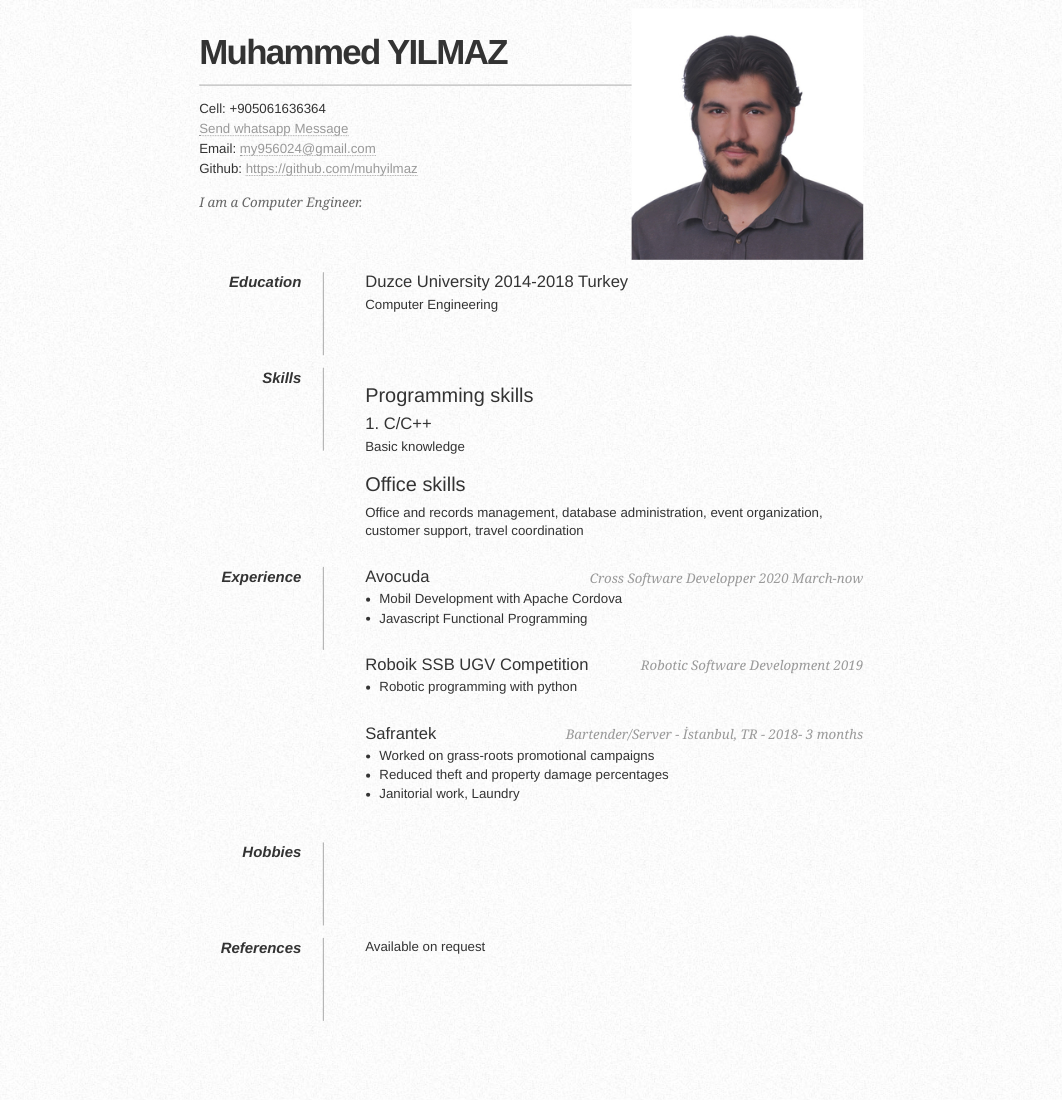
Repository: muhyilmaz/muhyilmaz.github.io
Page: index.html
An editor plug-in stored every save of this project. The page is shown before and after the next save, followed by the edit.
The browser window is 1280 px wide. The pictures show the whole page, at 83% of full size.

Above is the page before, as saved 2020-06-08 18:27:53.

### index.html
<!DOCTYPE html PUBLIC "-//W3C//DTD XHTML 1.0 Strict//EN"
"http://www.w3.org/TR/xhtml1/DTD/xhtml1-strict.dtd">

<html xmlns="http://www.w3.org/1999/xhtml" xml:lang="en" lang="en">

<head>

     <meta http-equiv="Content-Type" content="text/html; charset=utf-8"/>
     <meta name="viewport" content="width=device-width, initial-scale=1">
     <link rel="stylesheet" href="https://maxcdn.bootstrapcdn.com/bootstrap/3.4.1/css/bootstrap.min.css">
     <script src="https://ajax.googleapis.com/ajax/libs/jquery/3.5.1/jquery.min.js"></script>
     <script src="https://maxcdn.bootstrapcdn.com/bootstrap/3.4.1/js/bootstrap.min.js"></script>

     <title>MUHAMMED YILMAZ</title>

     <style type="text/css">
        * { margin: 0; padding: 0; }
        body { font: 16px Helvetica, Sans-Serif; line-height: 24px; background: url(images/noise.jpg); }
        .clear { clear: both; }
        #page-wrap { width: 800px; margin: 40px auto 60px; }
        #pic { float: right; margin: -30px 0 0 0; }
        h1 { margin: 0 0 16px 0; padding: 0 0 16px 0; font-size: 42px; font-weight: bold; letter-spacing: -2px; border-bottom: 1px solid #999; }
        h2 { font-size: 20px; margin: 0 0 6px 0; position: relative; }
        h2 span { position: absolute; bottom: 0; right: 0; font-style: italic; font-family: Georgia, Serif; font-size: 16px; color: #999; font-weight: normal; }
        p { margin: 0 0 16px 0; }
        a { color: #999; text-decoration: none; border-bottom: 1px dotted #999; }
        a:hover { border-bottom-style: solid; color: black; }
        ul { margin: 0 0 32px 17px; }
        #objective { width: 500px; float: left; }
        #objective p { font-family: Georgia, Serif; font-style: italic; color: #666; }
        dt { font-style: italic; font-weight: bold; font-size: 18px; text-align: right; padding: 0 26px 0 0; width: 150px; float: left; height: 100px; border-right: 1px solid #999;  }
        dd { width: 600px; float: right; }
        dd.clear { float: none; margin: 0; height: 15px; }
     </style>
</head>

<body>

    <div id="page-wrap">

        <img src="images/profileres.jpg" alt="Photo of Cthulu" id="pic" />

        <div id="contact-info" class="vcard">

            <!-- Microformats! -->

            <h1 class="fn">Muhammed YILMAZ</h1>

            <p>
                Cell: <span class="tel">+905061636364</span><br />
                <a href="https://api.whatsapp.com/send?phone=905061636364">Send whatsapp Message</a><br />
                Email: <a class="email" href="mailto:my956024@gmail.com">my956024@gmail.com</a><br />
                Github: <a href="https://github.com/muhyilmaz">https://github.com/muhyilmaz</a>
            </p>
        </div>

        <div id="objective">
            <p>
                I am a Computer Engineer.
            </p>
        </div>

        <div class="clear"></div>

        <dl>
            <dd class="clear"></dd>

            <dt>Education</dt>
            <dd>
                <h2>Duzce University 2014-2018 Turkey</h2>
                <p> Computer Engineering </br>

				</p>
            </dd>

            <dd class="clear"></dd>

            <dt>Skills</dt>
            <dd>
                <!---
				<h2>Office skills</h2>
                <p>Office and records management, database administration, event organization, customer support, travel coordination</p>

                <h2>Computer skills</h2>
                <p>Microsoft productivity software (Word, Excel, etc), Adobe Creative Suite, Windows</p>
				-->
				<h3>Programming skills</h3>
				<h2>1. C/C++</h2>
                <p>Basic knowledge </p>
                <!--
                <div class="progress">
                    <div class="progress-bar progress-bar-info" role="progressbar" aria-valuenow="60" aria-valuemin="0" aria-valuemax="100" style="width:60%">
                      60% Complete
                    </div>
                  </div>
				-->
				<h3>Office skills</h3>
                <p>Office and records management, database administration, event organization, customer support, travel coordination</p>
			</dd>

            <dd class="clear"></dd>

            <dt>Experience</dt>
            <dd>
                <h2>Avocuda <span>Cross Software Developper 2020 March-now</span></h2>
                <ul>
                    <li> Mobil Development with Apache Cordova</li>
					<li> Javascript Functional Programming</li>

                </ul>
                <h2>Roboik SSB UGV Competition <span>Robotic Software Development 2019</span></h2>
                <ul>
                    <li>Robotic programming with python</li>

                </ul>
                <h2>Safrantek <span>Bartender/Server - İstanbul, TR - 2018- 3 months</span></h2>
                <ul>
                    <li>Worked on grass-roots promotional campaigns</li>
                    <li>Reduced theft and property damage percentages</li>
                    <li>Janitorial work, Laundry</li>
                </ul>
            </dd>

            <dd class="clear"></dd>

            <dt>Hobbies</dt>
            <dd></dd>

            <dd class="clear"></dd>

            <dt>References</dt>
            <dd>Available on request</dd>

            <dd class="clear"></dd>
        </dl>

        <div class="clear"></div>

    </div>

</body>

</html>

After the next save:
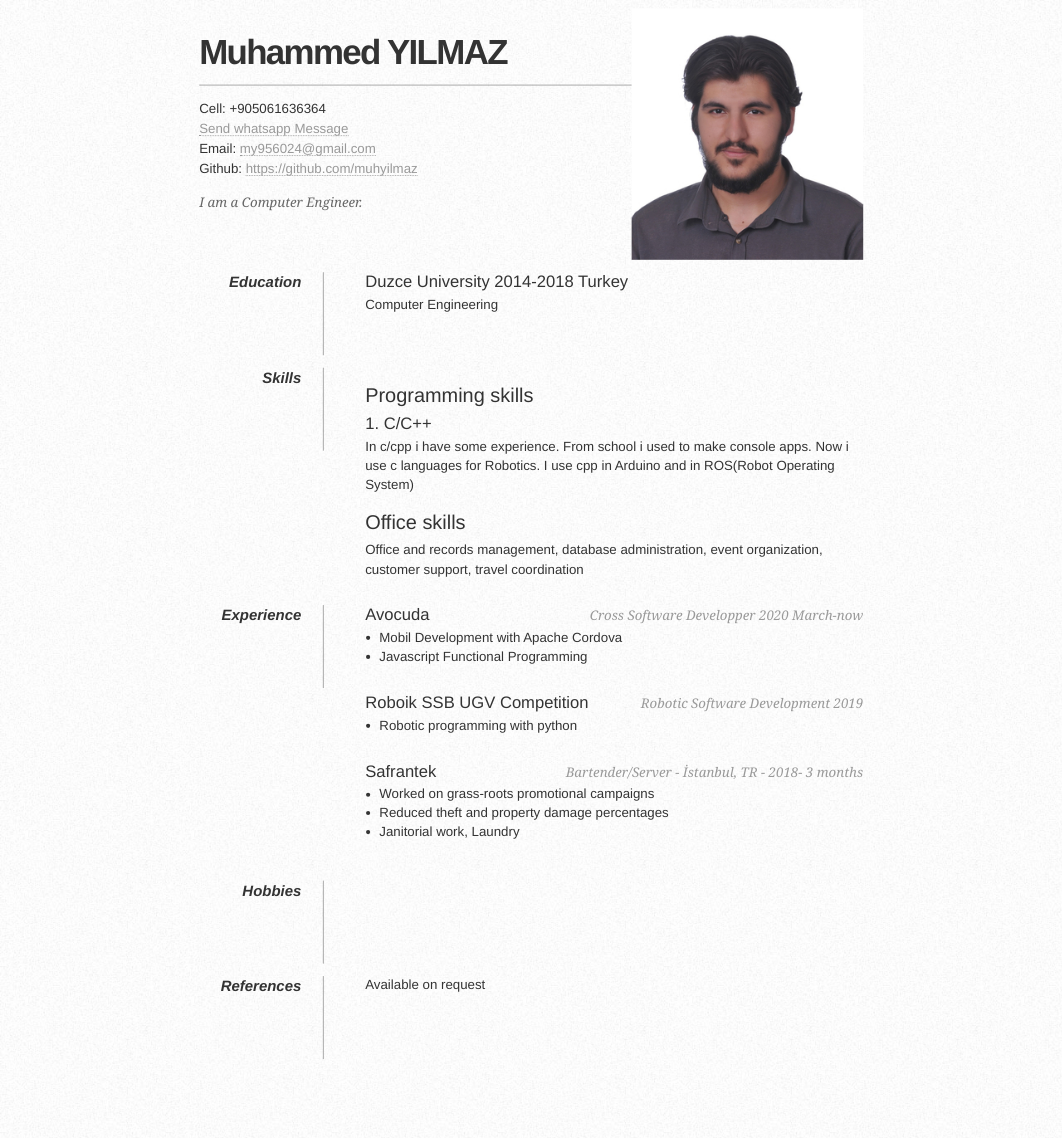
Saved 2 min 3 s later.
--- a/index.html
+++ b/index.html
@@ -86,7 +86,7 @@
 				-->
 				<h3>Programming skills</h3>
 				<h2>1. C/C++</h2>
-                <p>Basic knowledge </p>
+                <p>In c/cpp i have some experience. From school i used to make console apps. Now i use c languages for Robotics. I use cpp in Arduino and in ROS(Robot Operating System)</p>
                 <!--
                 <div class="progress">
                     <div class="progress-bar progress-bar-info" role="progressbar" aria-valuenow="60" aria-valuemin="0" aria-valuemax="100" style="width:60%">
